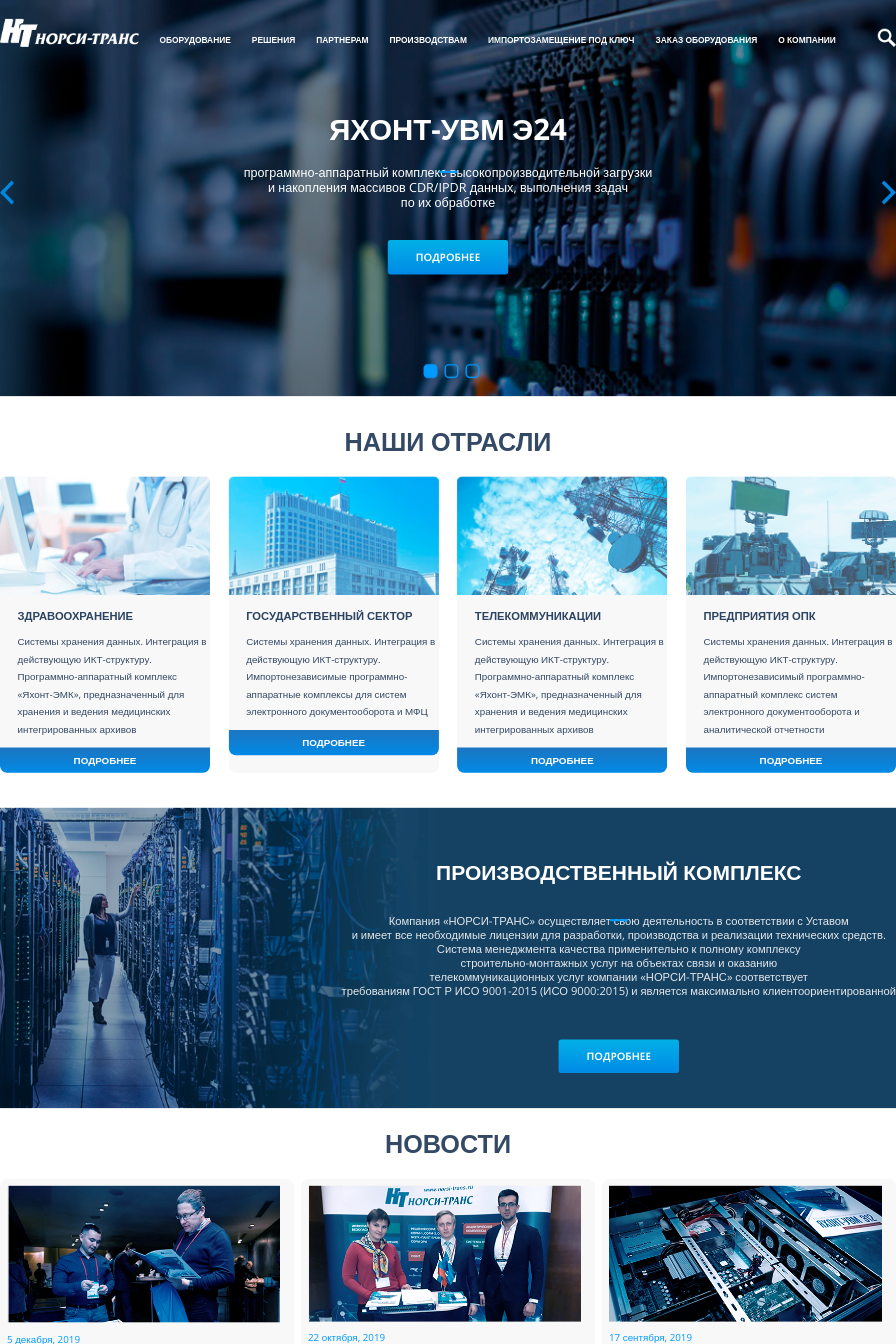
Repository: frostnn/testTaskBurbon
Page: app/index.html
The author's editor kept a copy of each file at every save. The page is drawn from the files as they stood at one save, then again after the next save.
The browser window is 1280 px wide. The pictures show the part of the page from y = 0 to 1920 px (the page is 3350 px tall), at 70% of full size.
The style sheet was rebuilt from its Sass, Less or Tailwind sources for each picture, by a compiler version that may differ from the author's.

Above is the page before, as saved 2020-07-16 10:46:50.

### app/index.html
<!DOCTYPE html>
<html lang="en">
<head>
  <meta charset="UTF-8">
  <meta name="viewport" content="width=device-width, initial-scale=1.0">
  <meta http-equiv="X-UA-Compatible" content="ie=edge">
  <link rel="stylesheet" href="css/style.min.css">
  <title>Test task</title>
</head>
<body>
  <div class="bg-test">
    <header class="header">
        <div class="header-logo">
          <img src="./img/NT_logo_color.png" alt="Логотип" class="header-logo__img">
        </div>
        <nav class="header-nav">
          <ul class="header-nav__list">
            <li class="header-nav__list-item">
              <a href="#" class="header-nav__list-link">оборудование</a>
            </li>
            <li class="header-nav__list-item">
              <a href="#" class="header-nav__list-link">решения</a>
            </li>
            <li class="header-nav__list-item">
              <a href="#" class="header-nav__list-link">партнерам</a>
            </li>
            <li class="header-nav__list-item">
              <a href="#" class="header-nav__list-link">производствам</a>
            </li>
            <li class="header-nav__list-item">
              <a href="#" class="header-nav__list-link">импортозамещение под ключ</a>
            </li>
            <li class="header-nav__list-item">
              <a href="#" class="header-nav__list-link">заказ оборудования</a>
            </li>
            <li class="header-nav__list-item">
              <a href="#" class="header-nav__list-link">о компании</a>
            </li>
          </ul>
        </nav>
        <div class="header-search">
          <img src="./img/search.png" alt="Поиск" class="header-search__img">
        </div>
    </header>
    <section class="slider">
      <div class="slider-block">
        <div class="slider-block__content">
          <h1 class="slider-block__content-title">Яхонт-увм э24</h1>
          <p class="slider-block__content-text">
            программно-аппаратный комплекс высокопроизводительной загрузки <br>
            и накопления массивов CDR/IPDR данных, выполнения задач<br>
            по их обработке
          </p>
          <a href="#" class="slider-block__content-link btn">Подробнее</a>
        </div>
        <div class="slider-block__content">
          <h1 class="slider-block__content-title">Яхонт-увм э24</h1>
          <p class="slider-block__content-text">
            программно-аппаратный комплекс высокопроизводительной загрузки <br>
            и накопления массивов CDR/IPDR данных, выполнения задач<br>
            по их обработке
          </p>
        <!--  <img src="./img/VPS.png" alt="" class="slider-block__content-img"> -->
          <a href="#" class="slider-block__content-link btn">Подробнее</a>
        </div>
        <div class="slider-block__content">
          <h1 class="slider-block__content-title">Яхонт-увм э24</h1>
          <p class="slider-block__content-text">
            программно-аппаратный комплекс высокопроизводительной загрузки <br>
            и накопления массивов CDR/IPDR данных, выполнения задач<br>
            по их обработке
          </p>
          <a href="#" class="slider-block__content-link btn">Подробнее</a>
        </div>
      </div>
    </section>
  </div>
  <section class="industries">
    <h2 class="industries-title">Наши отрасли</h2>
    <div class="industries-block">
      <div class="industries-block__content">
        <img src="./img/healths.png" alt="healths" class="industries-block__content-img">
        <h3 class="industries-block__content-title">Здравоохранение</h3>
        <p class="industries-block__content-text">
          Системы хранения данных. Интеграция
          в действующую ИКТ-структуру. Программно-аппаратный комплекс «Яхонт-ЭМК»,
          предназначенный для хранения и ведения медицинских интегрированных архивов
        </p>
        <a href="" class="industries-block__content-link">Подробнее</a>
      </div>
      <div class="industries-block__content">
        <img src="./img/gov.png" alt="government" class="industries-block__content-img">
        <h3 class="industries-block__content-title">Государственный сектор </h3>
        <p class="industries-block__content-text">
          Системы хранения данных. Интеграция в действующую ИКТ-структуру.
          Импортонезависимые программно-аппаратные комплексы для
          систем электронного документооборота и МФЦ
        </p>
        <a href="" class="industries-block__content-link">Подробнее</a>
      </div>
      <div class="industries-block__content">
        <img src="./img/telecom.png" alt="telecom" class="industries-block__content-img">
        <h3 class="industries-block__content-title">Телекоммуникации</h3>
        <p class="industries-block__content-text">
          Системы хранения данных. Интеграция в действующую ИКТ-структуру.
          Программно-аппаратный комплекс «Яхонт-ЭМК»,
          предназначенный для хранения и ведения медицинских интегрированных архивов
        </p>
        <a href="" class="industries-block__content-link">Подробнее</a>
      </div>
      <div class="industries-block__content">
        <img src="./img/opk.png" alt="opk" class="industries-block__content-img">
        <h3 class="industries-block__content-title">Предприятия ОПК</h3>
        <p class="industries-block__content-text">
          Системы хранения данных. Интеграция в действующую ИКТ-структуру.
          Импортонезависимый программно-аппаратный комплекс систем электронного документооборота
          и аналитической отчетности
        </p>
        <a href="#" class="industries-block__content-link">Подробнее</a>
      </div>
    </div>
  </section>
  <main class="production">
    <div class="production-wrapper">
      <div class="production-block">
        <h2 class="production-block__title">Производственный комплекс</h2>
        <p class="production-block__text">
          Компания «НОРСИ-ТРАНС» осуществляет свою деятельность в соответствии с Уставом <br>
          и имеет все необходимые лицензии для разработки, производства и реализации технических средств.<br>
          Система менеджмента качества применительно к полному комплексу<br>
          строительно-монтажных услуг на объектах связи и оказанию <br>
          телекоммуникационных услуг компании «НОРСИ-ТРАНС» соответствует <br>
          требованиям ГОСТ Р ИСО 9001-2015 (ИСО 9000:2015) и является максимально клиентоориентированной
        </p>
        <a href="#" class="production-block__link btn">подробнее</a>
      </div>
    </div>
  </main>
  <section class="news">
    <h2 class="news-title">Новости</h2>
      <div class="news-block">
        <div class="news-block__content">
          <img src="./img/news_1.png" alt="news_img" class="news-block__content-img">
          <span class="news-block__content-date">5 декабря, 2019</span>
          <h4 class="news-block__content-title">
            Компания «НОРСИ-ТРАНС» — участник конференции «ЦОД – модели,
            сервисы, инфраструктура», г. Екатеринбург
          </h4>
          <p class="news-block__content-text">
            28 ноября 2019 года специалисты ЗАО «НОРСИ-ТРАНС»
            приняли участие в конференции «ЦОД – модели, сервисы,
            инфраструктура», проведенной в г. Екатеринбурге.…
          </p>
          <a href="#" class="news-block__content-link">Подробнее</a>
        </div>
          <div class="news-block__content">
            <img src="./img/news_2.png" alt="news_img" class="news-block__content-img">
            <span class="news-block__content-date">22 октября, 2019</span>
            <h4 class="news-block__content-title">
              ЗАО «НОРСИ-ТРАНС» — генеральный партнер XIX
              ежегодной конференции АДЭ «Обеспечение доверия
              и безопасности при использовании ИКТ»
            </h4>
            <p class="news-block__content-text">
              ЗАО «НОРСИ-ТРАНС» приняла участие в XIX ежегодной конференции
              АДЭ «Обеспечение доверия и безопасности при использовании ИКТ»...
            </p>
            <a href="#" class="news-block__content-link">Подробнее</a>
          </div>
          <div class="news-block__content">
            <img src="./img/news_3.png" alt="news_img" class="news-block__content-img">
            <span class="news-block__content-date">17 сентября, 2019</span>
            <h4 class="news-block__content-title">
              Компания «НОРСИ-ТРАНС» приняла участие
              в выставке «Импортозамещение-2019»
            </h4>
            <p class="news-block__content-text">
              Компания «НОРСИ-ТРАНС» представила системы хранения данных
              «Яхонт-УВМ» Э12, Э24 и Э124 на выставке «Импортозамещение-2019»,
              которая прошла 10-12 сентября 2019 г.…
            </p>
            <a href="#" class="news-block__content-link">Подробнее</a>
          </div>
      </div>
      <div class="btn-wrapper">
        <button class="news-btn">Все новости</button>
      </div>
  </section>
  <section class="program">
    <div class="program-wrapper">
      <h2 class="program-title">Партнерская программа «НОРСИ-ТРАНС» </h2>
      <div class="program-block__wrapper">
        <div class="program-block">
          <img src="./img/box.png" alt="box" class="program-block__img">
          <h5 class="program-block__title">Технологический партнер</h5>
          <p class="program-block__text">Разработка и внедрение совместных решений </p>
          <div class="program-block__btn">
            <a href="#" class="program-block__btn-link">подробнее</a>
            <button class="program-block__btn-btn btn">стать партнером</button>
          </div>
        </div>
        <div class="program-block">
          <img src="./img/code.png" alt="box" class="program-block__img">
          <h5 class="program-block__title">Дистрибуция</h5>
          <p class="program-block__text">
            Закупка продуктов и решений напрямую у ЗАО «НОРСИ-ТРАНС»
            и реализация их исключительно через свою партнерскую сеть
          </p>
          <div class="program-block__btn">
            <a href="#" class="program-block__btn-link">подробнее</a>
            <button class="program-block__btn-btn btn">стать партнером</button>
          </div>
        </div>
        <div class="program-block">
          <img src="./img/case.png" alt="box" class="program-block__img">
          <h5 class="program-block__title">Системная интеграция</h5>
          <p class="program-block__text">
            Внедрение решений ЗАО «НОРСИ-ТРАНС»
            корпоративным клиентам и организациям
          </p>
          <div class="program-block__btn">
            <a href="#" class="program-block__btn-link">подробнее</a>
            <button class="program-block__btn-btn btn">стать партнером</button>
          </div>
        </div>
      </div>
    </div>
  </section>
  <footer class="footer">
    <div class="footer-nav">
      <div class="equipment-block">
        <ul class="equipment-block__list">
          <li class="equipment-block__list-title">Оборудование</li>
          <li class="equipment-block__list-item"> <a href="#" class="equipment-block__item-link"> Сервера хранения</a></li>
          <li class="equipment-block__list-item"> <a href="#" class="equipment-block__item-link">Серверное оборудование</a></li>
          <li class="equipment-block__list-item"> <a href="#" class="equipment-block__item-link"> Контроллеры</a></li>
          <li class="equipment-block__list-item"> <a href="#" class="equipment-block__item-link">СХД</a></li>
          <li class="equipment-block__list-item"> <a href="#" class="equipment-block__item-link">Системы архивного хранения данных</a></li>
        </ul>
      </div>
      <div class="decisions-block">
        <ul class="decisions-block__list">
          <li class="decisions-block__list-title">Решения</li>
          <li class="decisions-block__list-item"> <a href="#" class="decisions-block__item-link"> Гос. Учреждения</a></li>
          <li class="decisions-block__list-item"> <a href="#" class="decisions-block__item-link">Здравоохранение</a></li>
          <li class="decisions-block__list-item"> <a href="#" class="decisions-block__item-link">Информационные сервисы</a></li>
          <li class="decisions-block__list-item"> <a href="#" class="decisions-block__item-link">Предприятия ОПК</a></li>
          <li class="decisions-block__list-item"> <a href="#" class="decisions-block__item-link">Системы виртуализации</a></li>
          <li class="decisions-block__list-item"> <a href="#" class="decisions-block__item-link">Телекоммуникации</a></li>
        </ul>
      </div>
      <div class="partners-block">
        <ul class="partners-block__list">
          <li class="partners-block__list-title">Партнерам</li>
          <li class="partners-block__list-item"> <a href="#" class="partners-block__item-link">Партнерский раздел</a></li>
          <li class="partners-block__list-item"> <a href="#" class="partners-block__item-link">Партнеры присоединившиеся к программе</a></li>
        </ul>
        <ul class="productions-block__list">
          <li class="productions-block__list-title">Производствам</li>
          <li class="productions-block__list-item"> <a href="#" class="productions-block__item-link">Программа поддержки производителей</a></li>
          <li class="productions-block__list-item"> <a href="#" class="productions-block__item-link">Производственные партнеры</a></li>
        </ul>
      </div>
      <div class="import-block">
        <ul class="import-block__list">
          <li class="import-block__list-title">Импортозамещение под ключ</li>
          <li class="import-block__list-item"> <a href="#" class="import-block__item-link"> Серверные комплексы</a></li>
          <li class="import-block__list-item"> <a href="#" class="import-block__item-link">Сети и системы хранения данных</a></li>
          <li class="import-block__list-item"> <a href="#" class="import-block__item-link">Кластерные решения</a></li>
        </ul>
        <ul class="equipment-block__list">
          <li class="equipment-block__list-title">Заказ оборудования</li>
          <li class="equipment-block__list-item"> <a href="#" class="equipment-block__item-link">Доставка</a></li>
          <li class="equipment-block__list-item"> <a href="#" class="equipment-block__item-link">Заказ оборудования</a></li>
        </ul>
      </div>
      <div class="nav-block">
        <ul class="nav-block__list">
          <li class="nav-block__list-title" >О компании</li>
          <li class="nav-block__list-item" > <a href="#" class="nav-block__item-link">Контакты</a></li>
          <li class="nav-block__list-item" > <a href="#" class="nav-block__item-link">Материалы</a></li>
          <li class="nav-block__list-item" > <a href="#" class="nav-block__item-link">Мероприятия</a></li>
          <li class="nav-block__list-item" > <a href="#" class="nav-block__item-link">Новости</a></li>
          <li class="nav-block__list-item" > <a href="#" class="nav-block__item-link">Системы виртуализации</a></li>
          <li class="nav-block__list-item" > <a href="#" class="nav-block__item-link">Контакты</a></li>
        </ul>
      </div>
    </div>
    <div class="subfooter">
      <p class="subfooter-contacts">
        127015, г. Москва, ул. Б. Новодмитровская,
        д. 12, стр. 15, Тел: <a href="tel:(495) 748-74-83" class="subfooter-contacts__link">(495) 748-74-83</a> <a href="mailto:info@norsi-trans.ru" class="subfooter-contacts__link">info@norsi-trans.ru</a>
      </p>
      <p class="subfooter-info">
        ©1996-2018 ЗАО «НОРСИ-ТРАНС» Никакая информация с данного сайта не может быть скопирована,
        распространена либо передана любым способом для коммерческого использования без письменного согласия правообладателя.
        <a href="https://burbon.ru/" class="subfooter-link">Сделано в Burbon.ru</a>
      </p>

    </div>
  </footer>
  <script src="https://ajax.googleapis.com/ajax/libs/jquery/3.4.1/jquery.min.js"></script>
  <script src="js/libs.min.js"></script>
  <script src="js/main.js"></script>
</body>
</html>

### app/scss/_vars.scss
$white: #fff;
$blue: #019afe;

### app/scss/_fonts.scss
@import url('https://fonts.googleapis.com/css2?family=Open+Sans:wght@300;400;600;700;800&display=swap');
@font-face {
  font-family: 'Bliss Pro Bold';
  src: url('../fonts/BlissPro-Bold.eot');
  src: url('../fonts/BlissPro-Bold.eot?#iefix') format('embedded-opentype'),
  url('../fonts/BlissPro-Bold.woff') format('woff'),
  url('../fonts/BlissPro-Bold.ttf') format('truetype');
  font-weight: normal;
  font-style: normal;
  }

### app/scss/_global.scss
html {
  box-sizing: border-box;
}
body {
  font-family: 'Open Sans', sans-serif;
}
*,
*::before,
*::after {

  box-sizing: inherit;
}
a {
  display: inline;
  text-decoration: none;
  color: #fff;
}
ul,
li {
  list-style: none;
  margin: 0;
  padding: 0;
}

### app/scss/_media.scss
@media (max-width: 1452px) {
  .footer,
  .news,
  .industries,
  .production-wrapper,
  .program-wrapper,
  .header,
  .slider {
    max-width: 1350px;
  }
  .header-nav__list {
    .header-nav__list-item {
      margin-right: 30px;
    }
    .header-nav__list-link {
      font-size: 12px;
    }
  }
  .slider-block__content-title {
    font-size: 42px;
  }
  .slider-block__content-text {
    font-size: 18px;
  }
  .industries-block__content {
    max-width: 320px;
    .industries-block__content-title {
      font-size: 16px;
    }
    .industries-block__content-text {
      font-size: 14px;
    }
    .industries-block__content-img {
      max-width: 320px;
    }
  }
  .production {
    background-position: center;
  }
  .news-block__content {
    max-width: 430px;
    .news-block__content-img {
      max-width: 420px;
    }
    .news-block__content-title {
      font-size: 18px;

    }
    .news-block__content-date {
      font-size: 14px;

    }
    .news-block__content-text {
      font-size: 18px;
    }
  }
  .program-block {
    width: 424px;
  }
  .program-block .program-block__btn-btn {
    padding: 15px 20px;
  }
  .program-block .program-block__btn-link {
    padding: 12px 28px;
  }
  .footer-nav {
    .equipment-block__list-title,
    .decisions-block__list-title,
    .partners-block__list-title,
    .productions-block__list-title,
    .import-block__list-title,
    .equipment-block__list-title,
    .nav-block__list-title {
      font-size: 12px;
    }
    a {
      font-size: 11px;
    }
  }
  .subfooter {
    .subfooter-contacts {
      font-size: 9px;
    }
    .subfooter-info{
      font-size: 9px;
    }
    .subfooter-link {
      font-size: 10px;
      margin-left: 60px;
    }
  }
}
@media (max-width: 1360px) {
  .footer,
  .news,
  .industries,
  .production-wrapper,
  .program-wrapper,
  .header,
  .slider {
    max-width: 1280px;
  }
  .industries-block__content {
    max-width: 300px;
    .industries-block__content-img {
      max-width: 300px;
    }
  }
  .news-block__content {
    max-width: 420px;
    .news-block__content-img {
      max-width: 410px;
    }
  }
  .program-block {
    width: 413px;
  }

}

@media (max-width: 1245px) {
  .footer,
  .news,
  .industries,
  .production-wrapper,
  .program-wrapper,
  .header,
  .slider {
    max-width: 1190px;
  }
  .industries-block__content {
    max-width: 280px;
    .industries-block__content-img {
      max-width: 280px;
    }
  }
  .news-block__content {
    max-width: 380px;
    .news-block__content-img {
      max-width: 370px;
    }
  }
  .program-block {
    width: 370px;
  }
  .header-nav__list {
    .header-nav__list-item {
      margin-right: 30px;
    }
    .header-nav__list-link {
      font-size: 10px;
    }
  }
}

@media (max-width: 1200px) {
  .footer,
  .news,
  .industries,
  .production-wrapper,
  .program-wrapper,
  .header,
  .slider {
    max-width: 1100px;
  }
  .industries-block__content {
    max-width: 240px;
    .industries-block__content-img {
      max-width: 240px;
    }
  }
  .news-block__content {
    max-width: 380px;
    .news-block__content-img {
      max-width: 370px;
    }
  }
  .program-block {
    width: 370px;
  }
  .header-nav__list {
    .header-nav__list-item {
      margin-right: 15px;
    }
    .header-nav__list-link {
      font-size: 10px;
    }
  }

}
@media (min-width: 992px) and (max-width: 1199px) {
  .footer,
  .news,
  .industries,
  .production-wrapper,
  .program-wrapper,
  .header,
  .slider {
    max-width: 980px;
  }
  .industries-block__content {
    max-width: 240px;
    .industries-block__content-img {
      max-width: 240px;
    }
  }
  .news-block__content {
    max-width: 380px;
    .news-block__content-img {
      max-width: 370px;
    }
  }
  .program-block {
    width: 370px;
  }
  .header-nav__list {
    .header-nav__list-item {
      margin-right: 15px;
    }
    .header-nav__list-link {
      font-size: 10px;
    }
  }
  .production-block {
    .production-block__text {

      font-size: 14px;
    }
    .production-block__link {
      margin-bottom: 50px;
      font-size: 12px;
    }
  }
}

Loaded but not shown: app/js/libs.min.js (library); app/js/main.js (5 lines, source omitted); app/scss/style.scss (456 lines, source omitted); app/scss/_libs.scss (469 lines, source omitted)

After the next save:
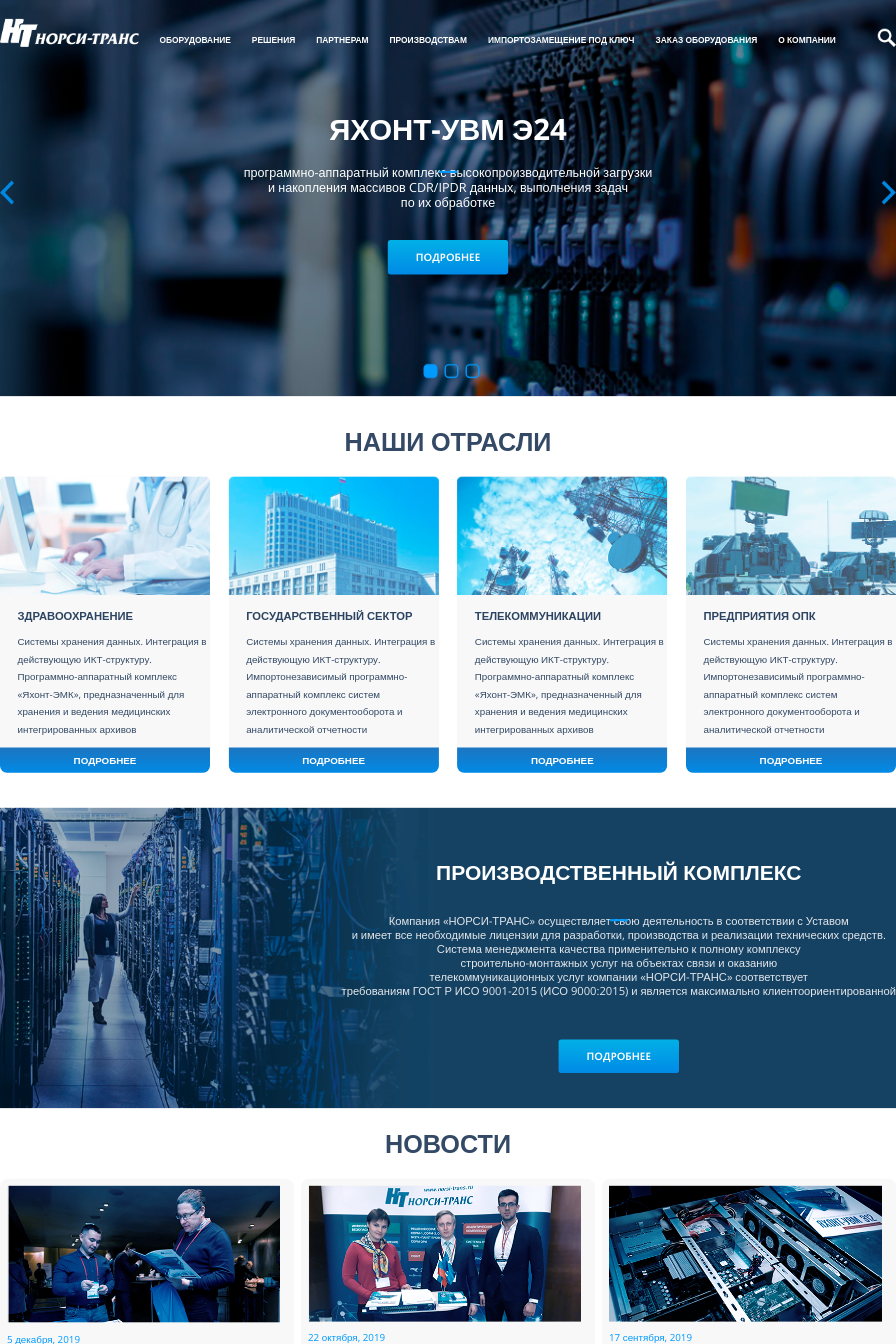
Saved 66 s later.
--- a/app/index.html
+++ b/app/index.html
@@ -93,8 +93,8 @@
         <h3 class="industries-block__content-title">Государственный сектор </h3>
         <p class="industries-block__content-text">
           Системы хранения данных. Интеграция в действующую ИКТ-структуру.
-          Импортонезависимые программно-аппаратные комплексы для
-          систем электронного документооборота и МФЦ
+          Импортонезависимый программно-аппаратный комплекс систем электронного документооборота
+          и аналитической отчетности
         </p>
         <a href="" class="industries-block__content-link">Подробнее</a>
       </div>
